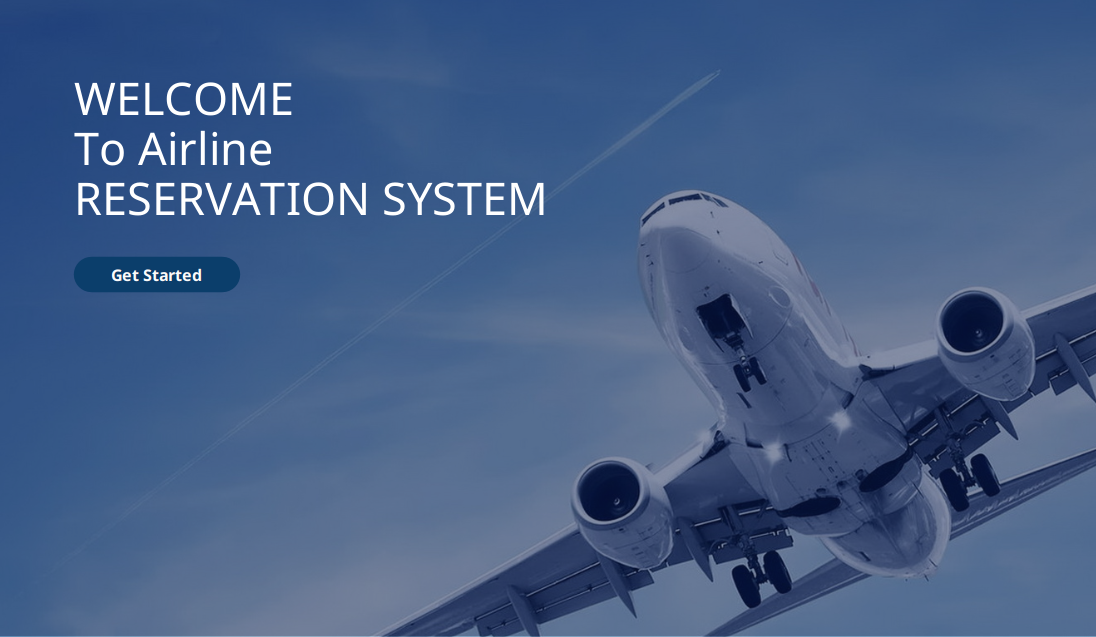
Repository: abubakr6412/Airline-Management-System-
Program's window: java Airline_Reservation_System/src/application/Main.java
The author's editor kept a copy of each file at every save. The program's window is drawn from the files as they stood at one save, then again after the next save.
It runs on Java 21 on a 1366 x 768 screen with JavaFX 11; the title bar is not drawn. It also reads Airline_Reservation_System/images/aviation.jpg.

Above is the program's window before, as saved 2022-03-19 10:22:34.

After the next save:
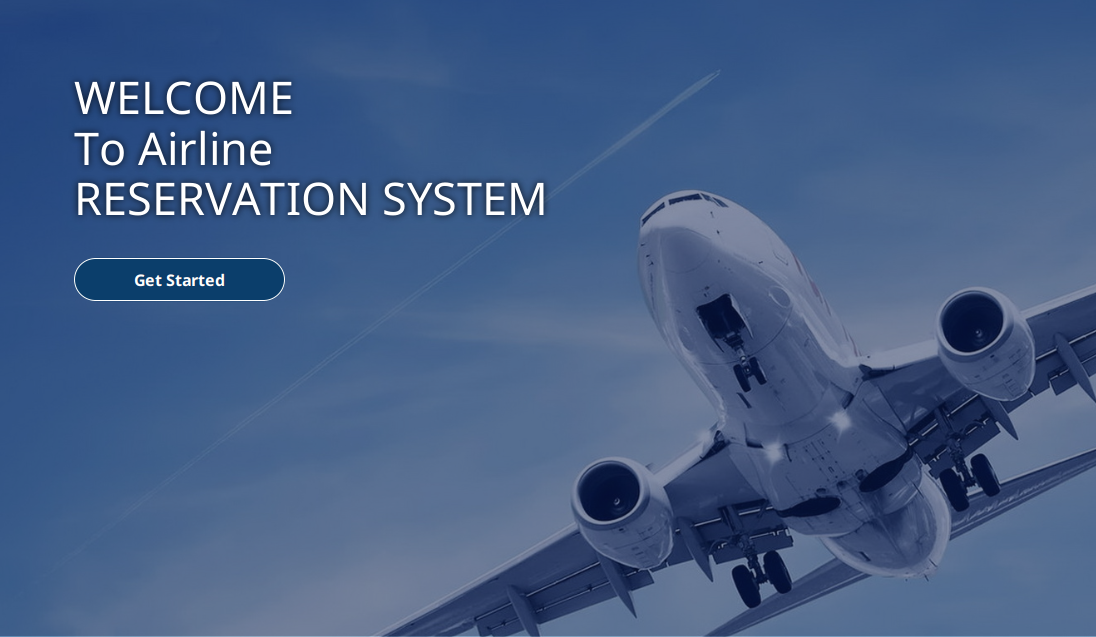
Saved 91 s later.
--- a/Airline_Reservation_System/src/application/Main.java
+++ b/Airline_Reservation_System/src/application/Main.java
@@ -1,14 +1,22 @@
 package application;
 
-import UI.*;
-import javafx.embed.swing.JFXPanel;
+import javafx.application.Application;
+import javafx.fxml.FXMLLoader;
+import javafx.scene.Parent;
+import javafx.scene.Scene;
+import javafx.stage.Stage;
 
-public class Main {
-	public static void main(String args[]) throws InterruptedException {
+public class Main extends Application {
 
-		new JFXPanel();
-		StartApplication windowLogin = new StartApplication();
-		windowLogin.run();
+	@Override
+	public void start(Stage primaryStage) throws Exception {
+		 Parent root = FXMLLoader.load(getClass().getResource("start1.fxml"));
+	     primaryStage.setTitle("Calculator");
+	     primaryStage.setScene(new Scene(root));
+	     primaryStage.show();
+	}
 
+	public static void main(String[] args) {
+		launch(args);
 	}
 }
